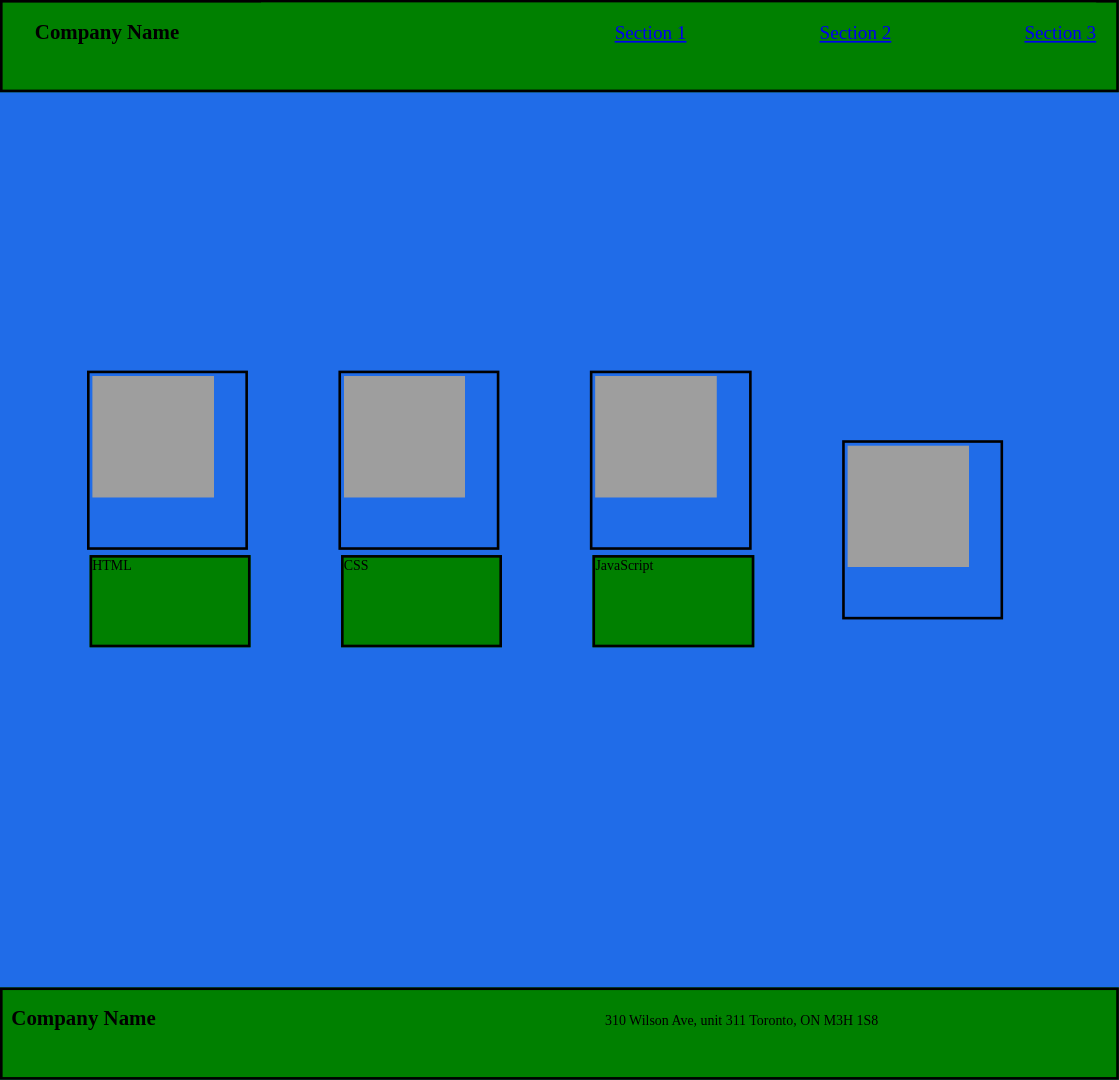
Repository: helloneibor/Project2
Page: section1.html
The author's editor kept a record of every edit. The page is drawn from the files as they stood at one moment, then again after the next edit.
The browser window is 1280 px wide. The page is 1286 px wide, so the pictures cover 1286 px, including what lies to the right of the window. The pictures show the whole page, at 87% of full size.
Pictures or frames that could not be fetched are drawn as grey boxes.

Above is the page before.

After the next edit:
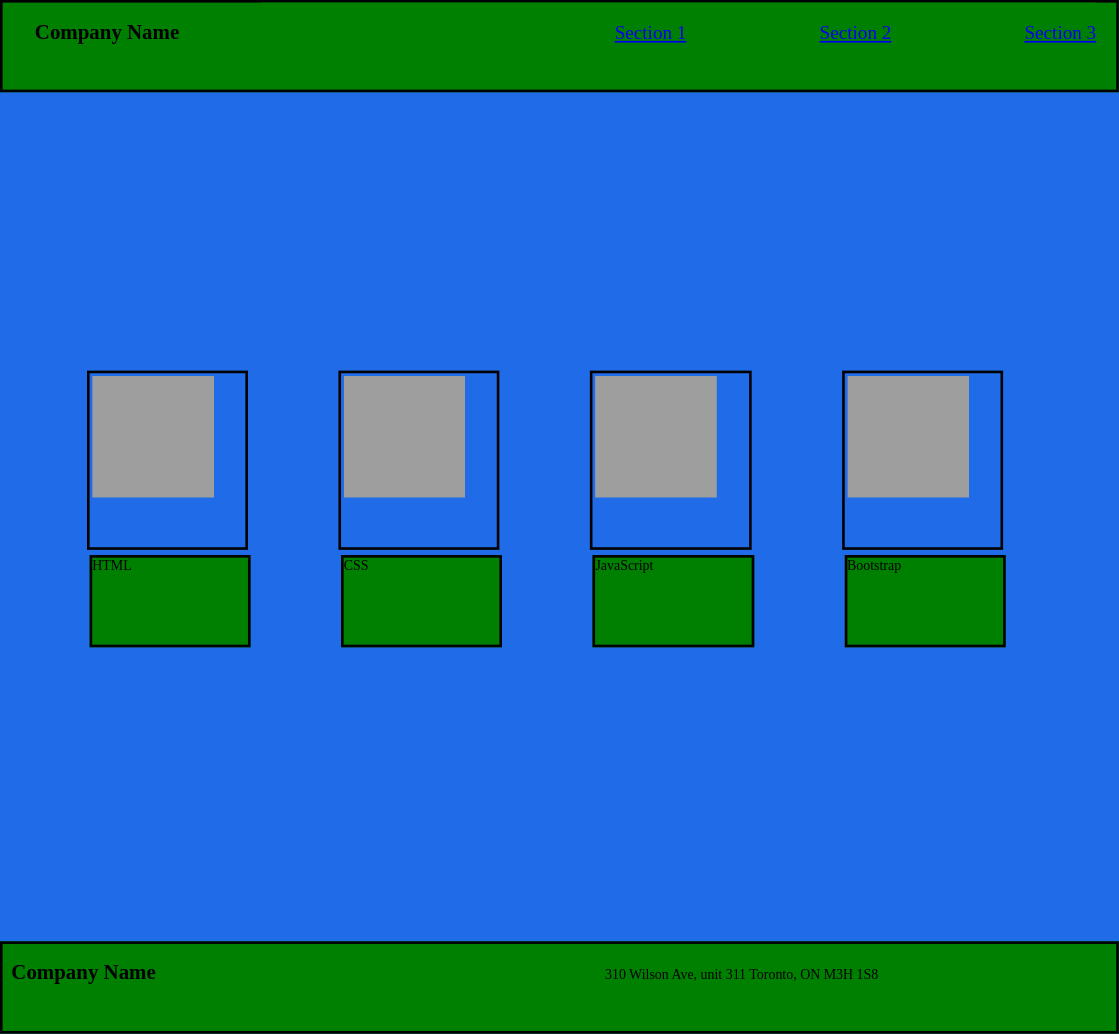
The edit:
--- a/section1.html
+++ b/section1.html
@@ -41,6 +41,7 @@
                         <a href="https://getbootstrap.com/" target=_blank>
                         <img class="img_one" src="https://upload.wikimedia.org/wikipedia/commons/e/ea/Boostrap_logo.svg" alt="https://getbootstrap.com/L"></img>
                         </a>
+                            <footer> Bootstrap </footer>
                     </div>
                 </section>
                         <footer>
